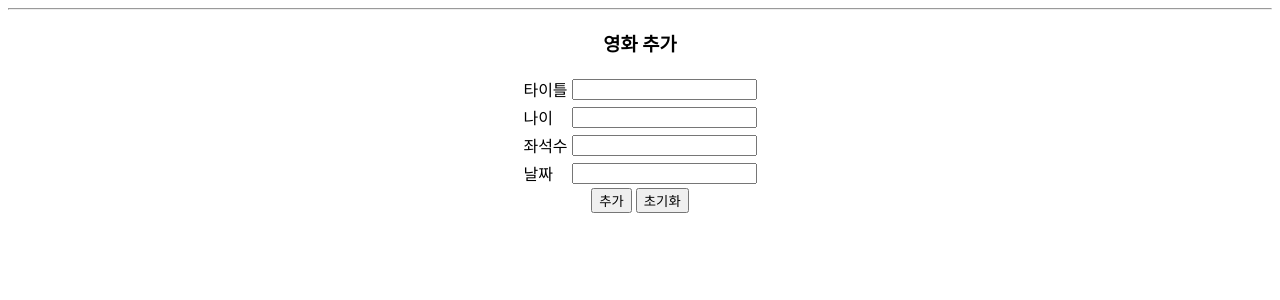
Repository: Juseong-Bang/jspWebProject
Page: http://localhost/FilmBooking/insert.jsp
The author's editor kept a copy of each file at every save. The page is drawn from the files as they stood at one save, then again after the next save.
The browser window is 1280 px wide. The pictures show the whole page.
The page is served by Tomcat 9. Other server files are loaded and not shown.

Above is the page before, as saved 2017-11-27 17:52:41.

### FilmBooking/WebContent/insert.jsp
<%@page import="Filmbooking.filmBean"%>
<%@page import="Filmbooking.film"%>
<%@ page language="java" contentType="text/html; charset=UTF-8"
    pageEncoding="UTF-8"%>
<!DOCTYPE html PUBLIC "-//W3C//DTD HTML 4.01 Transitional//EN" "http://www.w3.org/TR/html4/loose.dtd">
<html>

<head>
<meta http-equiv="Content-Type" content="text/html; charset=UTF-8">
<title>영화 추가</title>
</head>
<hr>
<body>
<div align="center">
<h3>영화 추가</h3>
<form name=form1 method=post action=control.jsp>
<input type=hidden name="film" value="insert"/>
<table>
<tr>
<td>타이틀</td>
<td><input type ="text" size=20 name=film_name/></td>
</tr>
<tr>
<td>나이</td>
<td><input type ="text" size=20 name=age_phase/></td>
</tr>
<tr>
<td>좌석수</td>
<td><input type ="text" size=20 name=seat_num/></td>
</tr>
<tr>
<td>날짜</td>
<td><input type ="text" size=20 name=date/></td>
</tr>
</table>
<input type="submit" value= 추가 >
<input type="reset" value= 초기화>
</form>
</div>
</body>
</html>

After the next save:
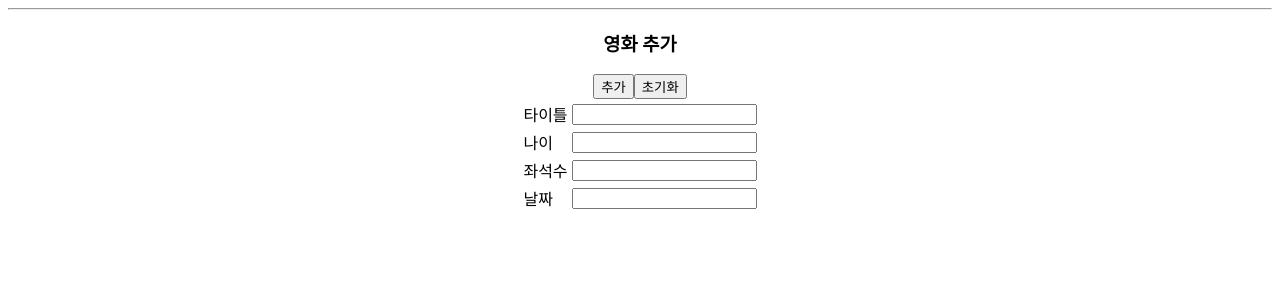
Saved 2 min 57 s later.
--- a/FilmBooking/WebContent/insert.jsp
+++ b/FilmBooking/WebContent/insert.jsp
@@ -32,9 +32,10 @@
 <td>날짜</td>
 <td><input type ="text" size=20 name=date/></td>
 </tr>
-</table>
 <input type="submit" value= 추가 >
 <input type="reset" value= 초기화>
+
+</table>
 </form>
 </div>
 </body>
